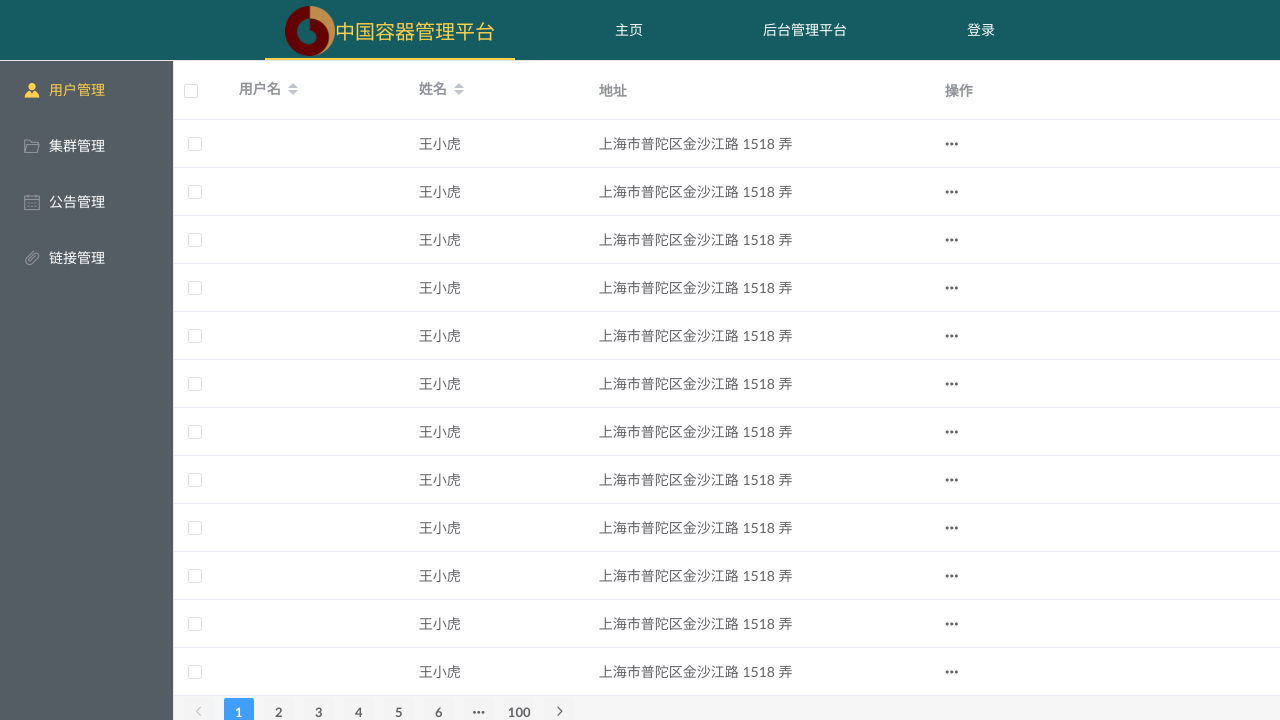
Repository: lei123zhou/zhongjin
Page: /main/management/user
An editor plug-in stored every save of this project. The page is shown before and after the next save, followed by the edit.
The browser window is 1280 px wide. The pictures show the whole page.
The project was rebuilt for these pictures with package versions that can differ from the ones it lists, and the page was loaded fresh each time. Also part of the build but not shown: vue.config.js.

Above is the page before, as saved 2022-08-29 22:14:09.

After the next save:
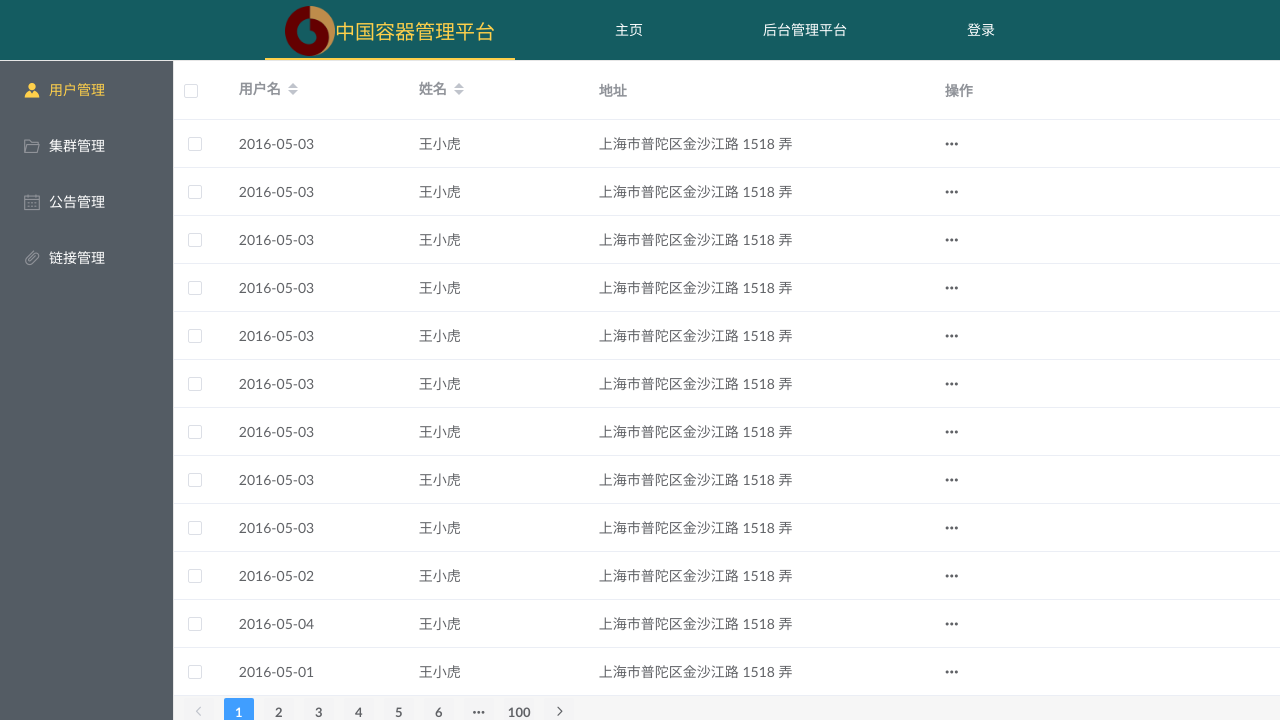
Saved 5 s later.
--- a/src/pages/management/user/UserPage.vue
+++ b/src/pages/management/user/UserPage.vue
@@ -8,7 +8,7 @@
       @selection-change="handleSelectionChange"
     >
       <el-table-column type="selection" width="55"> </el-table-column>
-      <el-table-column prop="username" label="用户名" sortable width="180">
+      <el-table-column prop="date" label="用户名" sortable width="180">
       </el-table-column>
       <el-table-column prop="name" label="姓名" sortable width="180">
       </el-table-column>
